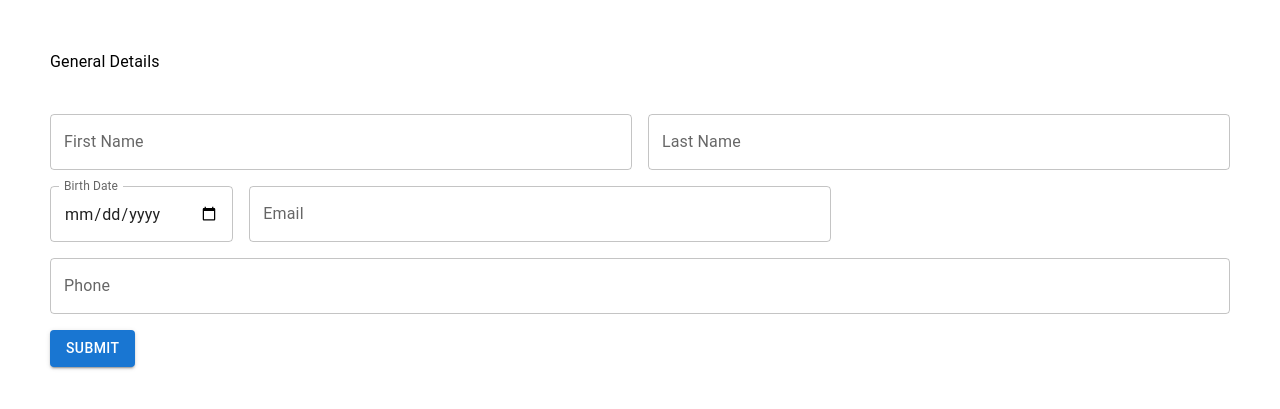
Repository: lenx0/front-client-manager
Page: /
These files come from the project's save history. The page is drawn as it stood at one moment and after the next save; the edit follows.
The browser window is 1280 px wide. The pictures show the whole page.
The project was rebuilt for these pictures with package versions that can differ from the ones it lists, and the page was loaded fresh each time. Also part of the build but not shown: vite.config.js, src/App.css.

Above is the page before, as saved 2024-06-25 11:30:22.

### index.html
<!doctype html>
<html lang="en">
  <head>
    <meta charset="UTF-8" />
    <meta name="viewport" content="width=device-width, initial-scale=1.0" />
    <title>Client Manager</title>
  </head>
  <body>
    <div id="root"></div>
    <script type="module" src="/src/main.jsx"></script>
  </body>
</html>

### src/App.jsx
import { Box } from '@mui/material'
import './App.css'
import UserForm from './components/UserForm'

function App() {

  return (
    <Box sx={{ padding: '50px' }}>
      <UserForm />
    </Box>
  )
}

export default App

### src/components/UserForm.jsx
import React from 'react';
import { useForm } from 'react-hook-form';
import CustomInput from './CustomInput';
import { Button, Grid, Typography } from '@mui/material';
import axios from 'axios';

const UserForm = () => {
  const { handleSubmit, control, reset } = useForm();

  const onSubmit = async (data) => {
    try {
      const response = await axios.post('http://localhost:3100/v1/users/create', data);
      console.log('Dados enviados com sucesso:', response.data);
      reset();
    } catch (error) {
      console.error('Erro ao enviar dados:', error);
    }
  };

  return (
    <Grid>
      <Typography pb={5}>
        General Details
      </Typography>
    <form onSubmit={handleSubmit(onSubmit)}>
      <Grid container spacing={2}>
        <Grid item xs={6}>
          <CustomInput
            name="firstName"
            control={control}
            label="First Name"
            rules={{ required: 'First name is required' }}
          />
        </Grid>
        <Grid item xs={6}>
          <CustomInput
            name="lastName"
            control={control}
            label="Last Name"
            rules={{ required: 'Last name is required' }}
          />
        </Grid>
        <Grid item xs={2}>
          <CustomInput
            name="birthDate"
            control={control}
            label="Birth Date"
            placeHolder="none"
            type="date"
            rules={{ required: 'Birth date is required' }}
            defaultValue=""
          />
        </Grid>
        <Grid item xs={6}>
          <CustomInput
            name="email"
            control={control}
            label="Email"
            type="email"
            rules={{
              required: 'Email is required',
              pattern: {
                value: /^[a-zA-Z0-9_.+-]+@[a-zA-Z0-9-]+\.[a-zA-Z0-9-.]+$/,
                message: 'Enter a valid email address',
              },
            }}
          />
        </Grid>
        <Grid item xs={12}>
          <CustomInput
            name="phone"
            control={control}
            label="Phone"
            rules={{ required: 'Phone number is required' }}
          />
        </Grid>
        <Grid item xs={12}>
          <Button type="submit" variant="contained" color="primary">
            Submit
          </Button>
        </Grid>
      </Grid>
    </form>
    </Grid>
  );
};

export default UserForm;

### src/components/CustomInput.jsx
import React from 'react';
import { Controller } from 'react-hook-form';
import TextField from '@mui/material/TextField';

const CustomInput = ({ name, control, label, type = 'text', rules, defaultValue = '' }) => {
  return (
    <Controller
      name={name}
      control={control}
      defaultValue={defaultValue}
      rules={rules}
      render={({ field, fieldState: { error } }) => (
        <TextField
          {...field}
          label={label}
          type={type}
          error={!!error}
          helperText={error ? error.message : null}
          variant="outlined"
          InputLabelProps={type === 'date' ? { shrink: true } : {}}
          fullWidth
        />
      )}
    />
  );
};

export default CustomInput;

Loaded but not shown: src/main.jsx (common file); src/index.css (common file)

After the next save:
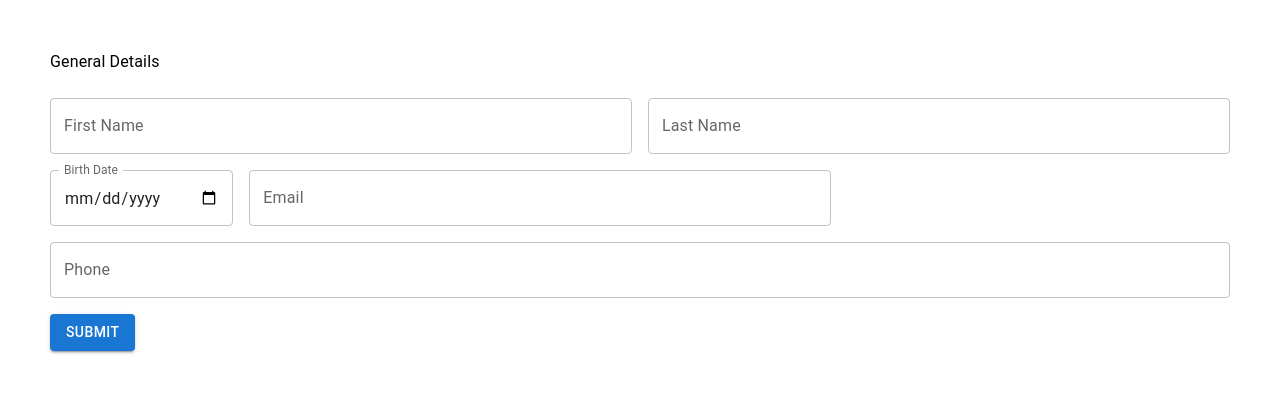
Saved 6 s later.
--- a/src/components/UserForm.jsx
+++ b/src/components/UserForm.jsx
@@ -19,7 +19,7 @@ const UserForm = () => {
 
   return (
     <Grid>
-      <Typography pb={5}>
+      <Typography pb={3}>
         General Details
       </Typography>
     <form onSubmit={handleSubmit(onSubmit)}>
